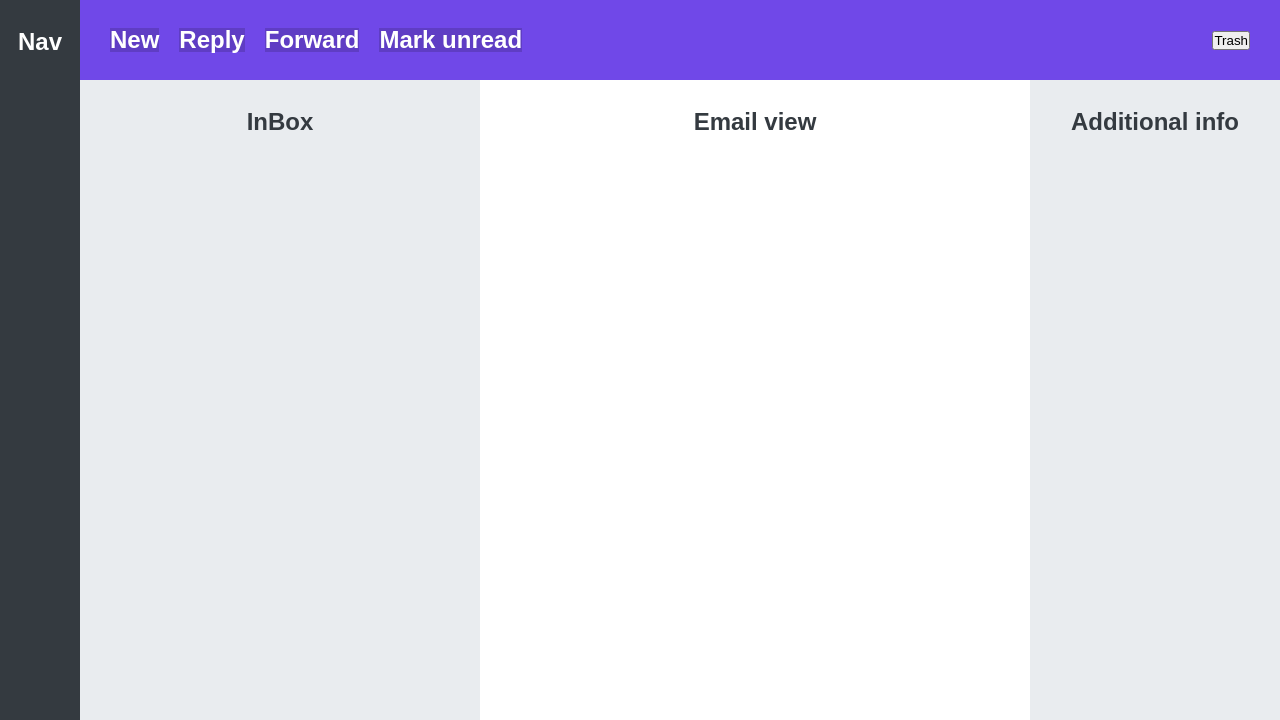
Repository: Ahmed123rezk123/06-Components
Page: app-layout.html
An editor plug-in stored every save of this project. The page is shown before and after the next save, followed by the edit.
The browser window is 1280 px wide. The pictures show the whole page.

Above is the page before, as saved 2024-09-18 10:39:58.

### app-layout.html
<!DOCTYPE html>
<html lang="en">
  <head>
    <meta charset="UTF-8" />
    <meta name="viewport" content="width=device-width, initial-scale=1.0" />
    <link rel="preconnect" href="https://fonts.gstatic.com" />
    <link rel="preconnect" href="https://fonts.googleapis.com" />
    <link rel="preconnect" href="https://fonts.gstatic.com" crossorigin />
    <link
      href="https://fonts.googleapis.com/css2?family=Hanken+Grotesk:ital,wght@0,100..900;1,100..900&display=swap"
      rel="stylesheet"
    />
    <style>
      * {
        margin: 0;
        padding: 0;
        box-sizing: border-box;
      }

      body {
        font-family: sans-serif;
        /* font-family: "Hanken Grotesk", system-ui; */
        /* color: #343a40;
        background-color: #f8f9fa; */
        line-height: 1;
        display: grid;
        height: 100vh;
        grid-template-columns: 80px 400px 1fr 250px;
        grid-template-rows: 80px 1fr;
        text-align: center;
        font-size: 24px;
        font-weight: bold;
        color: #343a40;
      }
      nav,
      menu,
      section,
      main,
      aside {
        padding: 30px 0;
      }
      nav {
        background-color: #343a40;
        grid-row: 1 / -1;
        color: #fff;
      }
      menu {
        background-color: #7048e8;
        grid-column: 2 / -1;
        position: relative;
        display: flex;
        justify-content: space-between;
        align-items: center;
        padding: 0 30px;
      }
      menu ul {
        list-style: none;
        display: flex;
        align-items: center;
        gap: 20px;
      }
      menu ul li {
        color: #fff;
        background-color: #5f3dc4;
      }
      section {
        background-color: #e9ecef;
      }
      main {
      }
      aside {
        background-color: #e9ecef;
      }
    </style>
    <title>App</title>
  </head>
  <body>
    <nav>Nav</nav>
    <menu>
      <ul>
        <li>New</li>
        <li>Reply</li>
        <li>Forward</li>
        <li>Mark unread</li>
      </ul>
      <button class="btn">Trash</button>
    </menu>
    <section>InBox</section>
    <main>Email view</main>
    <aside>Additional info</aside>
  </body>
</html>

After the next save:
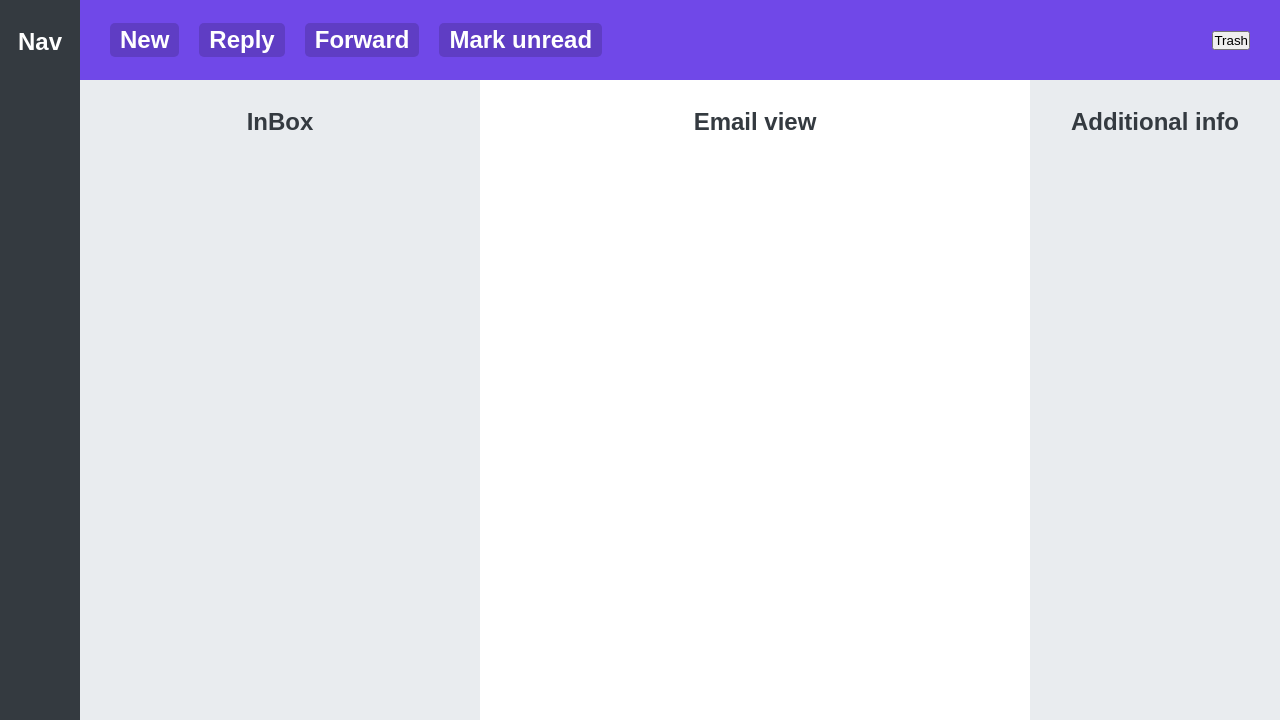
Saved 14 s later.
--- a/app-layout.html
+++ b/app-layout.html
@@ -62,6 +62,8 @@
       menu ul li {
         color: #fff;
         background-color: #5f3dc4;
+        padding: 5px 10px;
+        border-radius: 5px;
       }
       section {
         background-color: #e9ecef;
